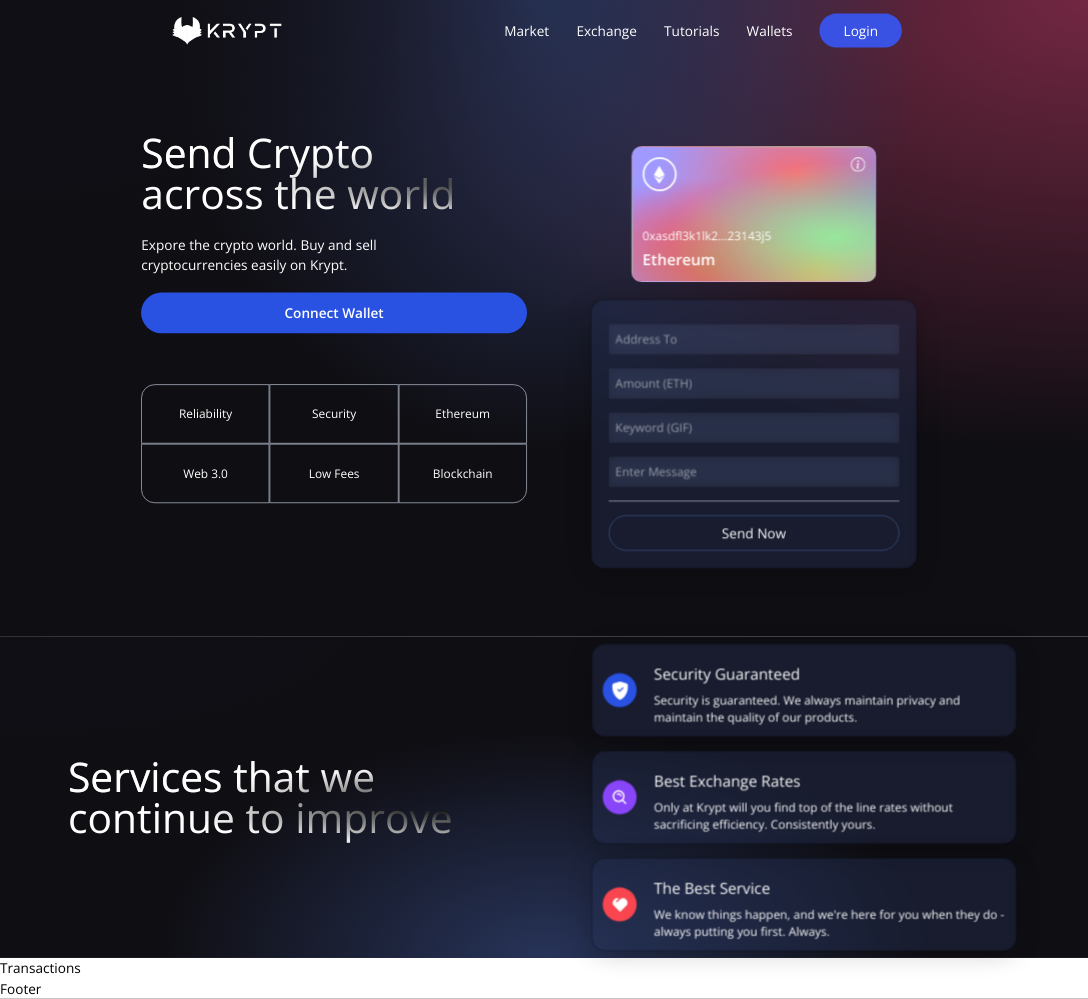
Repository: stephan-chiorean/krypt
Page: / (app in client/)
The author's editor kept a copy of each file at every save. The page is drawn from the files as they stood at one save, then again after the next save.
The browser window is 1280 px wide. The pictures show the whole page, at 85% of full size.
The project was rebuilt for these pictures with package versions that can differ from the ones it lists, and the page was loaded fresh each time. Also part of the build but not shown: client/vite.config.js, client/src/components/Loader.jsx.

Above is the page before, as saved 2023-03-29 20:34:29.

### client/src/main.jsx
import React from 'react'
import ReactDOM from 'react-dom/client'
import App from './App'
import {TransactionProvider} from './context/TransactionContext';
import './index.css'

ReactDOM.createRoot(document.getElementById('root')).render(
  <TransactionProvider>
  <React.StrictMode>
    <App />
  </React.StrictMode>
  </TransactionProvider>,
)

### client/src/App.jsx
import {Navbar, Welcome, Footer, Services, Transactions} from './components';

const App = () => {

  return (
    <div className="min-h-screen">
      <div className="gradient-bg-welcome">
        <Navbar/>
        <Welcome/>
      </div>
      <Services/>
      <Transactions/>
      <Footer/>
    </div>
  )
}

export default App

### client/src/context/TransactionContext.jsx
import React, { useState, useEffect } from 'react';
import * as ethers from 'ethers';
import { contractABI, contractAddress } from '../utils/constants';
import toast from 'react-hot-toast';

export const TransactionContext = React.createContext();

const { ethereum } = window;

const getEthereumContract = () => {
    console.log(ethers)
  const provider = new ethers.providers.Web3Provider(ethereum);
  const signer = provider.getSigner();
  const transactionContract = new ethers.Contract(
    contractAddress,
    contractABI,
    signer
  );

  return transactionContract;

//   console.log({
//     provider,
//     signer,
//     transactionContract,
//   });
};

export const TransactionProvider = ({ children }) => {
  const [connectedAccount, setConnectedAccount] = useState('');
  const [formData, setFormData] = useState({ addressTo: '', amount: 0, keyword: '', message: ''});
  const [isLoading, setIsLoading] = useState(false);
  const [transactionCount, setTransactionCount] = useState(localStorage.getItem('transactionCount'));

  const handleChange = (e, name) => {
    setFormData((prevState) => ({...prevState, [name]: e.target.value}));
  }

  const checkIfWalletIsConnected = async () => {
    try {
      if (!ethereum) return alert('Please install metamask');

      const accounts = await ethereum.request({ method: 'eth_accounts' });
      if (accounts.length) {
        setConnectedAccount(accounts[0]);
      } else {
        console.log('No accounts found');
      }
      console.log(accounts);
    } catch (err) {
      console.error(err);
      throw new Error('No ethereum object');
    }
  };
  const disconnectWallet = async () => {
    setConnectedAccount('')
    console.log('DISCONNECTED');
    window.location.reload();
  }

  const connectWallet = async () => {
    try {
      if (!ethereum) return alert('Please install metamask');

      // Display loading toast
      const loadingToast = toast.loading('Connecting...');

      const accounts = await ethereum.request({
        method: 'eth_requestAccounts',
      });

      setConnectedAccount(accounts[0]);
      console.log('CONNECTED', connectedAccount);

      // Dismiss loading toast and show a success toast
      toast.dismiss(loadingToast);
      toast.success('Connected successfully');
    } catch (err) {
      console.error(err);
      // Dismiss loading toast and show an error toast
      toast.dismiss(loadingToast);
      toast.error('Error connecting to wallet');
      throw new Error('No ethereum object.');
    }
  };


  const sendTransaction = async() => {
    try {
        if(!ethereum) return alert("Please install metamask");
        const {addressTo, amount, keyword, message} = formData;
        const transactionContract = getEthereumContract();
        const parsedAmount = ethers.utils.parseEther(amount);

        await ethereum.request({
            method: 'eth_sendTransaction',
            params: [{
                from: connectedAccount,
                to: addressTo,
                gas: '0x5208', //21000 gwei
                value: parsedAmount._hex,
            }]
        })

        const transactionHash = await transactionContract.addToBlockchain(addressTo, parsedAmount, message, keyword);
        setIsLoading(true);
        console.log(`Loading - ${transactionHash.hash}`);
        await transactionHash.wait();
        setIsLoading(false);
        console.log(`Success - ${transactionHash.hash}`)

        const transactionCount = await transactionContract.getTransactionCount();
        setTransactionCount(transactionCount.toNumber())


    } catch(err) {
        console.error(err);
    }
  }

  useEffect(() => {
    // checkIfWalletIsConnected();
    console.log("PRINT WHEN LOAD", connectedAccount)
  }, [connectedAccount]);
  return (
    <TransactionContext.Provider value={{ connectWallet, connectedAccount, formData, setFormData, handleChange, sendTransaction, disconnectWallet }}>
      {children}
    </TransactionContext.Provider>
  );
};

### client/src/components/index.js
export {default as Loader} from './Loader';
export {default as Navbar} from './Navbar';
export {default as Footer} from './Footer';
export {default as Welcome} from './Welcome';
export {default as Transactions} from './Transactions';
export {default as Services} from './Services';

### client/src/utils/constants.js
import abi from './Transactions.json';

export const contractABI = abi.abi;
export const contractAddress = '0x48d319b761e733246BF575C86d399bB8EDdA6dEf';

### client/src/components/Navbar.jsx
import { HiMenuAlt4 } from 'react-icons/hi';
import { AiOutlineClose } from 'react-icons/ai';
import { useState } from 'react';
import { useContext } from 'react';
import logo from '../../images/logo.png';
import { TransactionContext } from '../context/TransactionContext';

const NavbarItem = ({ title, classProps }) => {
  return <li className={`mx-4 cursor-pointer ${classProps}`}>{title}</li>;
};
export default () => {
  const [toggleMenu, setToggleMenu] = useState(false);
  const {disconnectWallet, connectedAccount} = useContext(TransactionContext);
  return (
    <nav className='w-full flex md:justify-center justify-between items-center p-4'>
      <div className='md:flex-[0.5] flex-initial justify-center items-center'>
        <img src={logo} alt='logo' className='w-32 cursor-pointer' />
      </div>
      <ul className='text-white md:flex hidden list-none flex-row justify-between items-center flex-initial'>
        {['Market', 'Exchange', 'Tutorials', 'Wallets'].map((item, index) => (
          <NavbarItem key={item + index} title={item} />
        ))}
        <li onClick={disconnectWallet} className='bg-[#3952e3] py-2 px-7 mx-4 rounded-full cursor-pointer hover:bg-[#2546bd]'>
          {connectedAccount ? "Sign Out" : "Login"}
        </li>
      </ul>
      <div className='flex relative'>
        {toggleMenu ? (
          <AiOutlineClose
            fontSize={28}
            className='text-white md:hidden cursor-pointer'
            onClick={() => setToggleMenu(false)}
          />
        ) : (
          <HiMenuAlt4
            fontSize={28}
            className='text-white md:hidden cursor-pointer'
            onClick={() => setToggleMenu(true)}
          />
        )}
        {toggleMenu && (
          <ul className="z-10 fixed top-0 -right-2 p-3 w-[70vw] h-screen shadow-2xl md:hidden list-none flex flex-col justify-start items-end rounded-md blue-glassmorphism text-white animate-slide-in">
            <li className='text-xl w-full my-2'>
              <AiOutlineClose onClick={() => setToggleMenu(false)} className="cursor-pointer"/>
            </li>
            {['Market', 'Exchange', 'Tutorials', 'Wallets'].map(
              (item, index) => (
                <NavbarItem key={item + index} title={item} classProps="my-2 text-lg"/>
              )
            )}
          </ul>
        )}
      </div>
    </nav>
  );
};

### client/src/components/Footer.jsx
import React from 'react'

export default() => {
  return (
    <div>Footer</div>
  )
}

### client/src/components/Welcome.jsx
import { AiFillPlayCircle } from 'react-icons/ai';
import { SiEthereum } from 'react-icons/si';
import { BsInfoCircle } from 'react-icons/bs';
import { TransactionContext } from '../context/TransactionContext';
import React, { useContext } from 'react';
import { Loader } from './';
import {Toaster} from 'react-hot-toast';
const commonStyles =
  'min-h-[70px] sm:px-0 px-2 sm:min-w-[120px] flex justify-center items-center border-[0.5px] border-gray-400 text-sm font-light text-white';

const Input = ({ placeholder, name, type, value, handleChange }) => (
  <input
    placeholder={placeholder}
    type={type}
    step='0.0001'
    value={value}
    onChange={(e) => handleChange(e, name)}
    className='my-2 w-full rounded-sm p-2 outline-none text-white border-none text-sm white-glassmorphism'
  />
);
export default () => {
  const {
    connectWallet,
    connectedAccount,
    formData,
    sendTransaction,
    handleChange,
    disconnectWallet,
  } = useContext(TransactionContext);
  const handleSubmit = (e) => {
    const { addressTo, amount, keyword, message } = formData;
    e.preventDefault();

    if (!addressTo || !amount || !keyword || !message) return;
    sendTransaction();
  };
  return (
    <div className='flex w-full justify-center items-center'>
      <Toaster/>
      <div className='flex md:flex-row flex-col items-start justify-between md:p-20 py-12 px-4'>
        <div className='flex flex-1 justify-start flex-col md:mr-10'>
          <h1 className='text-3xl sm:text-5xl text-white text-gradient py-1'>
            Send Crypto <br /> across the world
          </h1>
          <p className='text-left mt-5 text-white font-light md:w-9/12 w-11/12 text-base'>
            Expore the crypto world. Buy and sell cryptocurrencies easily on
            Krypt.
          </p>
          {!connectedAccount && (
            <button
              type='button'
              onClick={connectWallet}
              className='flex flex-row justify-center items-center my-5 bg-[#2952e3] p-3 rounded-full cursor-pointer hover:bg-[#2546bd]'
            >
              <p className='text-white text-base font-semibold'>
                Connect Wallet
              </p>
            </button>
          )}

          <div className='grid sm:grid-cols-3 grid-cols-2 w-full mt-10'>
            <div className={`rounded-tl-2xl ${commonStyles}`}>Reliability</div>
            <div className={commonStyles}>Security</div>
            <div className={`sm:rounded-tr-2xl ${commonStyles}`}>Ethereum</div>
            <div className={`sm:rounded-bl-2xl ${commonStyles}`}>Web 3.0</div>
            <div className={commonStyles}>Low Fees</div>
            <div className={`rounded-br-2xl ${commonStyles}`}>Blockchain</div>
          </div>
        </div>

        <div className='flex flex-col flex-1 items-center justify-start w-full md:mt-0 mt-10'>
          <div className='p-3 justify-end items-start flex-col rounded-xl h-40 sm:w-72 w-full my-5 eth-card white-glassmorphism'>
            <div className='flex justify-between flex-col w-full h-full'>
              <div className='flex justify-between items-start'>
                <div className='w-10 h-10 rounded-full border-2 border-white flex justify-center items-center'>
                  <SiEthereum fontSize={21} color='#fff' />
                </div>
                <BsInfoCircle fontSize={17} color='#fff' />
              </div>
              <div>
                <p className='text-white font-light text-sm'>
                  0xasdfl3k1lk2...23143j5
                </p>
                <p className='text-white font-semibold text-lg mt-1'>
                  Ethereum
                </p>
              </div>
            </div>
          </div>

          <div className='p-5 sm:w-96 w-full flex flex-col justify-start items-center blue-glassmorphism'>
            <Input
              placeholder='Address To'
              name='addressTo'
              type='text'
              handleChange={handleChange}
            />
            <Input
              placeholder='Amount (ETH)'
              name='amount'
              type='number'
              handleChange={handleChange}
            />
            <Input
              placeholder='Keyword (GIF)'
              name='keyword'
              type='text'
              handleChange={handleChange}
            />
            <Input
              placeholder='Enter Message'
              name='message'
              type='text'
              handleChange={handleChange}
            />
            <div className='h-[1px] w-full bg-gray-400 my-2' />
            {false ? (
              <Loader />
            ) : (
              <button
                type='submit'
                onClick={handleSubmit}
                className='text-white w-full mt-2 border-[1px] p-2 border-[#3d4f7c] rounded-full cursor-pointer'
              >
                Send Now
              </button>
            )}
          </div>
        </div>
      </div>
    </div>
  );
};

### client/src/components/Transactions.jsx
import React from 'react'

export default() => {
  return (
    <div>Transactions</div>
  )
}

### client/src/components/Services.jsx
import React from 'react';
import { BsShieldFillCheck } from 'react-icons/bs';
import { BiSearchAlt } from 'react-icons/bi';
import { RiHeart2Fill } from 'react-icons/ri';

const ServiceCard = ({color, title, icon, subtitle}) => (
  <div className='flex flex-row md:w-[500px] justify-start items-center p-3 m-2 cursor-pointer blue-glassmorphism'>
    <div className={`w-10 h-10 rounded-full flex justify-center items-center ${color}`}>
      {icon}
    </div>
    <div className="ml-5 flex flex-col flex-1">
      <h1 className="mt-2 text-white text-lg">{title}</h1>
      <p className="mt-2 text-white text-sm">{subtitle}</p>
    </div>
  </div>
);
export default () => {
  return (
    <div className='flex flex-col md:flex-row w-full justify-center items-center gradient-bg-services'>
      <div className='flex md:flex-row flex-col items-center justify-between md:p-20 py-12 px-4'>
        <div className='flex-1 flex flex-col justify-start items-start'>
          <h1 className='text-white text-3xl sm:text-5xl py-2 text-gradient'>
            Services that we
            <br />
            continue to improve
          </h1>
        </div>
      </div>
      <div className='flex-1 flex flex-col justify-start items-center'>
        <ServiceCard
          color='bg-[#2952e3]'
          title='Security Guaranteed'
          icon={<BsShieldFillCheck fontSize={21} className='text-white' />}
          subtitle="Security is guaranteed. We always maintain privacy and maintain the quality of our products."
        />
        <ServiceCard
          color='bg-[#8945f8]'
          title='Best Exchange Rates'
          icon={<BiSearchAlt fontSize={21} className='text-white' />}
          subtitle="Only at Krypt will you find top of the line rates without sacrificing efficiency. Consistently yours."
        />
        <ServiceCard
          color='bg-[#f84550]'
          title='The Best Service'
          icon={<RiHeart2Fill fontSize={21} className='text-white' />}
          subtitle="We know things happen, and we're here for you when they do - always putting you first. Always."
        />
      </div>
    </div>
  );
};

### client/src/utils/dummyData.js
export default [
    {
      id: 1,
      url: "https://metro.co.uk/wp-content/uploads/2015/05/pokemon_crying.gif?quality=90&strip=all&zoom=1&resize=500%2C284",
      message: "",
      timestamp: "12/21/2021, 4:33:21 PM",
      addressFrom: "0xCF8e569A97C423952DdFf902375C7C76549A6A90",
      amount: "0.01",
      addressTo: "0x8aa395Ab97837576aF9cd6946C79024ef1acfdbE",
    },
    {
      id: 2,
      url: "https://media4.popsugar-assets.com/files/2013/11/07/832/n/1922398/eb7a69a76543358d_28.gif",
      message: "",
      timestamp: "12/21/2021, 4:33:21 PM",
      addressFrom: "0xCF8e569A97C423952DdFf902375C7C76549A6A90",
      amount: "0.01",
      addressTo: "0x8aa395Ab97837576aF9cd6946C79024ef1acfdbE",
    },
    {
      id: 3,
      url: "https://acegif.com/wp-content/uploads/gif-shaking-head-38.gif",
      message: "",
      timestamp: "12/21/2021, 4:33:21 PM",
      addressFrom: "0xCF8e569A97C423952DdFf902375C7C76549A6A90",
      amount: "0.01",
      addressTo: "0x8aa395Ab97837576aF9cd6946C79024ef1acfdbE",
    },
    {
      id: 4,
      url: "https://i.pinimg.com/originals/68/a0/9e/68a09e774e98242871c2db0f99307420.gif",
      message: "",
      timestamp: "12/21/2021, 4:33:21 PM",
      addressFrom: "0xCF8e569A97C423952DdFf902375C7C76549A6A90",
      amount: "0.01",
      addressTo: "0x8aa395Ab97837576aF9cd6946C79024ef1acfdbE",
    },
    {
      id: 5,
      url: "https://i.pinimg.com/originals/73/d3/a1/73d3a14d212314ab1f7268b71d639c15.gif",
      message: "",
      timestamp: "12/21/2021, 4:33:21 PM",
      addressFrom: "0xCF8e569A97C423952DdFf902375C7C76549A6A90",
      amount: "0.01",
      addressTo: "0x8aa395Ab97837576aF9cd6946C79024ef1acfdbE",
    },
    {
      id: 6,
      url: "https://www.omnisend.com/blog/wp-content/uploads/2016/09/funny-gifs-9.gif",
      message: "",
      timestamp: "12/21/2021, 4:33:21 PM",
      addressFrom: "0xCF8e569A97C423952DdFf902375C7C76549A6A90",
      amount: "0.01",
      addressTo: "0x8aa395Ab97837576aF9cd6946C79024ef1acfdbE",
    },
  ];

Loaded but not shown: client/index.html (common file); client/src/index.css (common file); client/tailwind.config.js (common file); client/src/utils/Transactions.json (140 lines, source omitted)

After the next save:
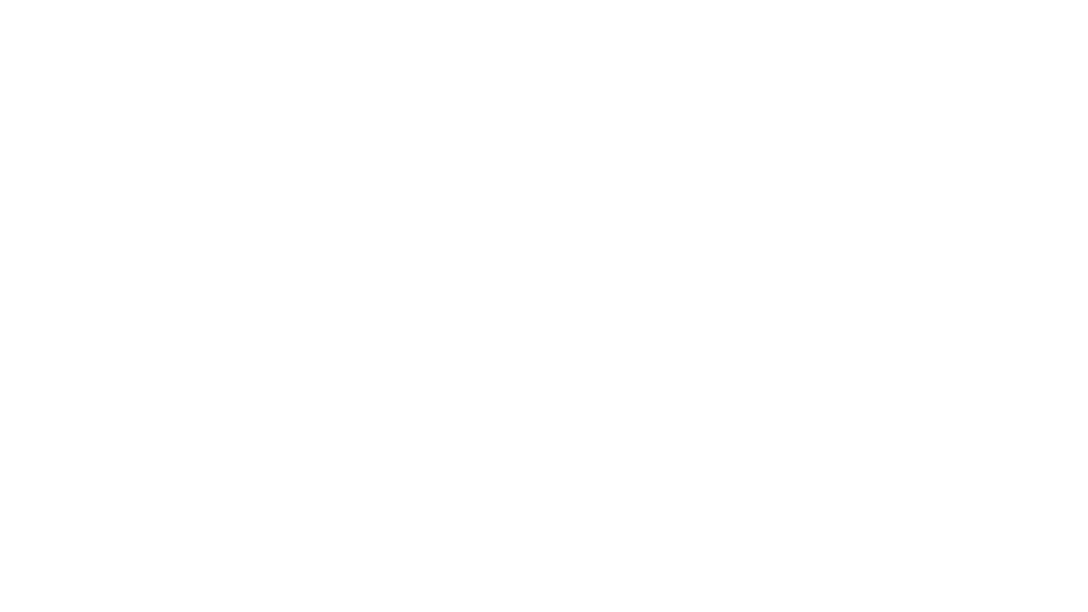
Console error: ReferenceError: currentAccount is not defined
Saved 5 min 10 s later.
--- a/client/src/components/Transactions.jsx
+++ b/client/src/components/Transactions.jsx
@@ -1,7 +1,22 @@
 import React from 'react'
+import { useContext } from 'react';
+import { TransactionContext } from '../context/TransactionContext';
+import dummyData from '../utils/dummyData';
 
 export default() => {
+  const {connectedAccount} = useContext(TransactionContext);
   return (
-    <div>Transactions</div>
+    <div className="flex w-full justify-center items-center 2xl:px-20 gradient-bg-transactions">
+      <div className="flex flex-col md:p-12 py-12 px-4">
+        {currentAccount ? (
+          <h3 className="text-white text-3xl text-center my-2">Latest Transactions</h3>
+        ) : (
+          <h3 className="text-white text-3xl text-center my-2">Connect your account to see the latest transactions</h3>
+        )}
+        {/* Latest Transactions */}
+        {/* Connect your account to see latest transactions */}
+
+      </div>
+    </div>
   )
 }

After the save that followed:
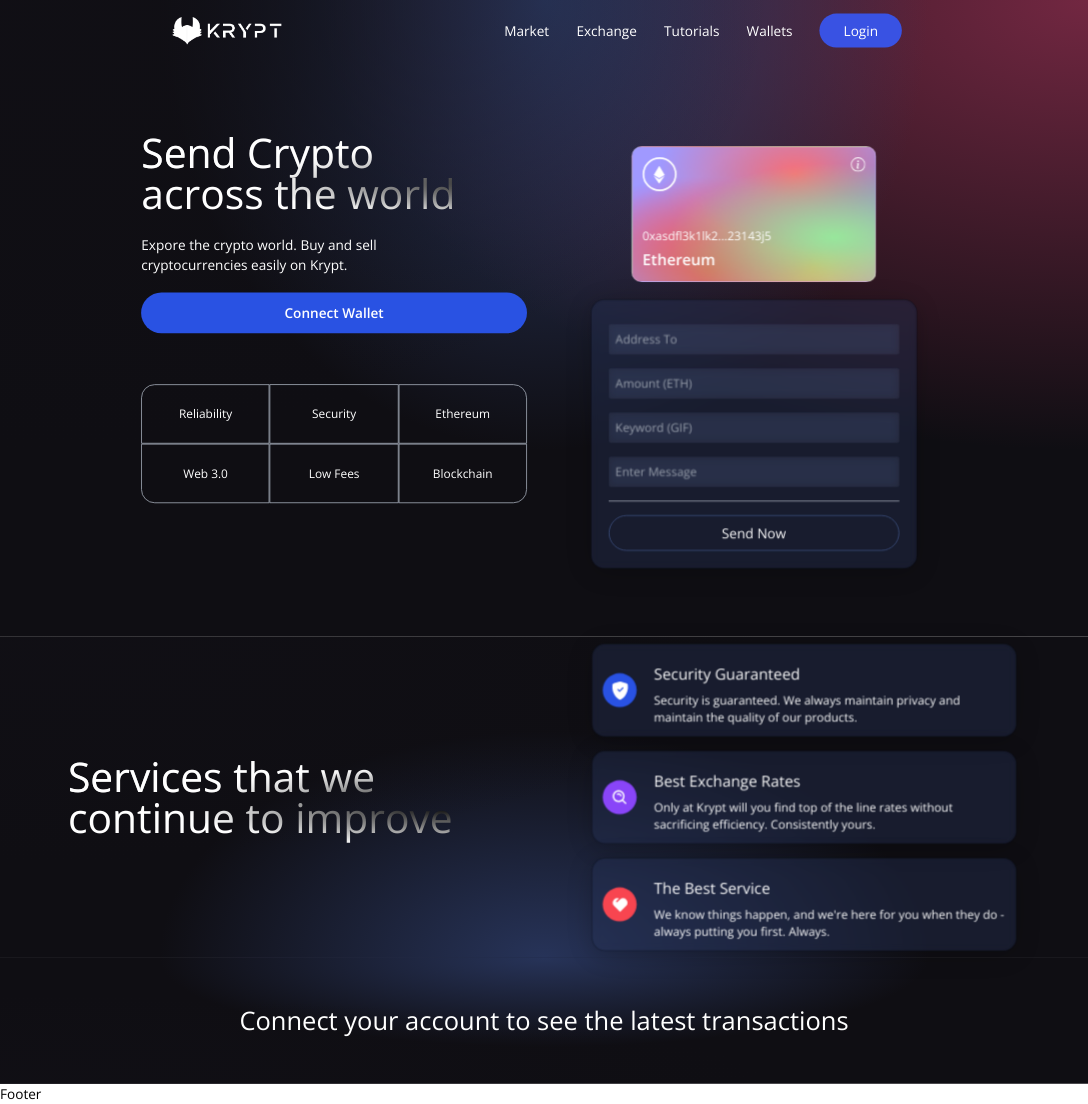
The error is gone.
Saved 14 s later.
--- a/client/src/components/Transactions.jsx
+++ b/client/src/components/Transactions.jsx
@@ -8,7 +8,7 @@
   return (
     <div className="flex w-full justify-center items-center 2xl:px-20 gradient-bg-transactions">
       <div className="flex flex-col md:p-12 py-12 px-4">
-        {currentAccount ? (
+        {connectedAccount ? (
           <h3 className="text-white text-3xl text-center my-2">Latest Transactions</h3>
         ) : (
           <h3 className="text-white text-3xl text-center my-2">Connect your account to see the latest transactions</h3>
